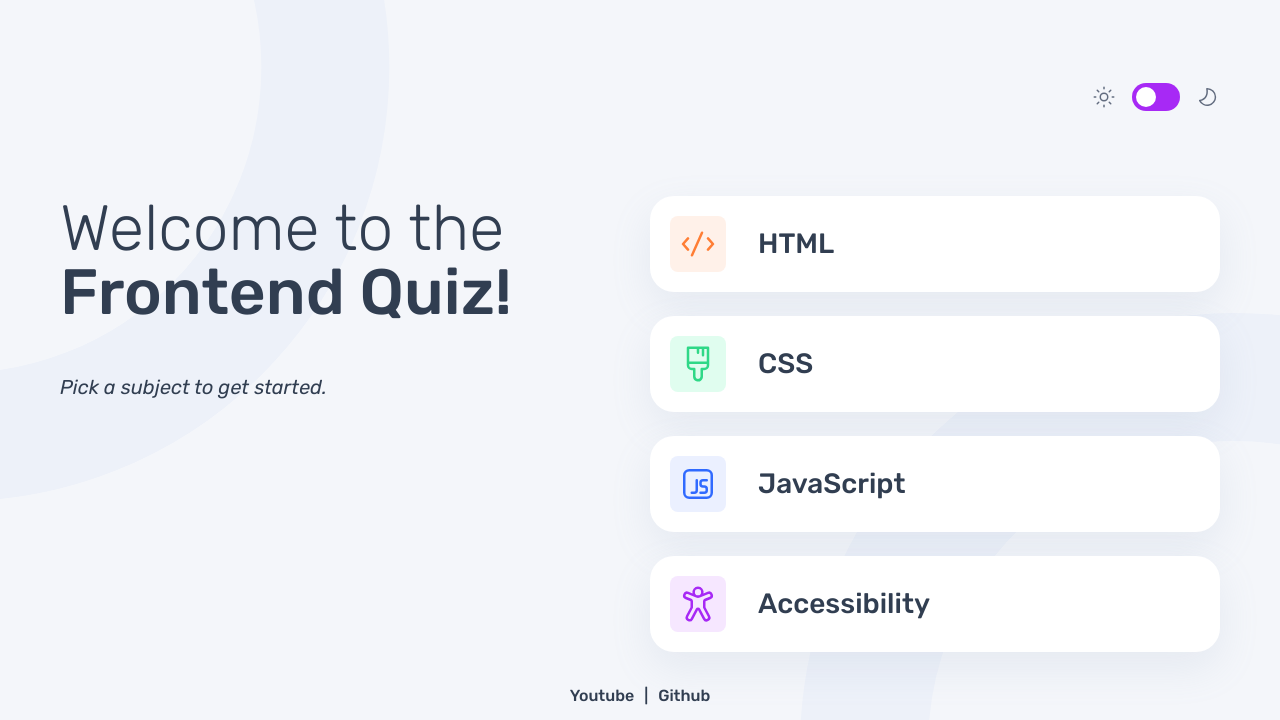
Repository: Temur-Sufiyanov/Quiz-App
Page: /
These files come from the project's save history. The page is drawn as it stood at one moment and after the next save; the edit follows.
The browser window is 1280 px wide. The pictures show the whole page.
The project was rebuilt for these pictures with package versions that can differ from the ones it lists, and the page was loaded fresh each time. Requests to the local data server were answered from the project's data file. Also part of the build but not shown: vite.config.js, src/components/Result.jsx, src/components/Test.jsx, src/pages/Quiz.jsx, src/pages/ErrorPage.jsx.

Above is the page before, as saved 2025-08-22 19:36:23.

After the next save:
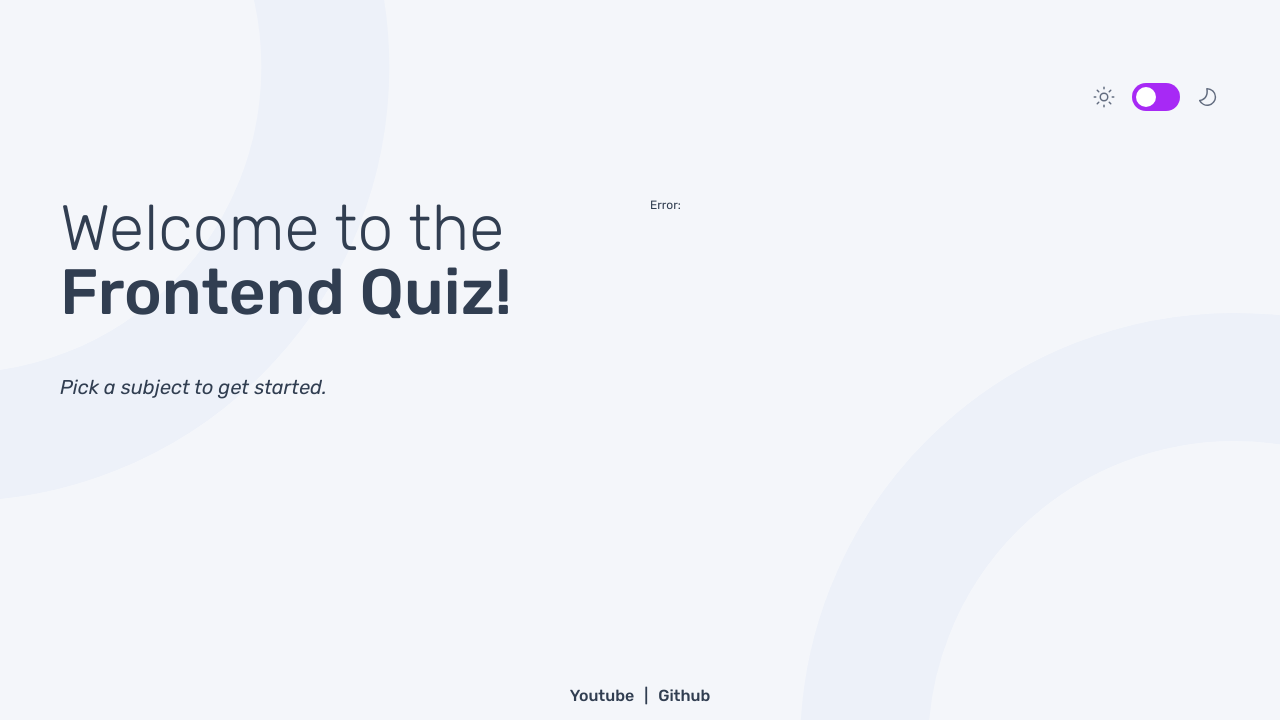
Not found: data/quizzes.json
Saved 2 min 49 s later.
--- a/src/components/MenuLinks.jsx
+++ b/src/components/MenuLinks.jsx
@@ -7,7 +7,7 @@
     isPending,
     error,
   } = useFetch(
-    "http://localhost:3000/quizzes?title"
+    "/data/quizzes.json"
   );
 
   console.log(isPending, error);

After the save that followed:
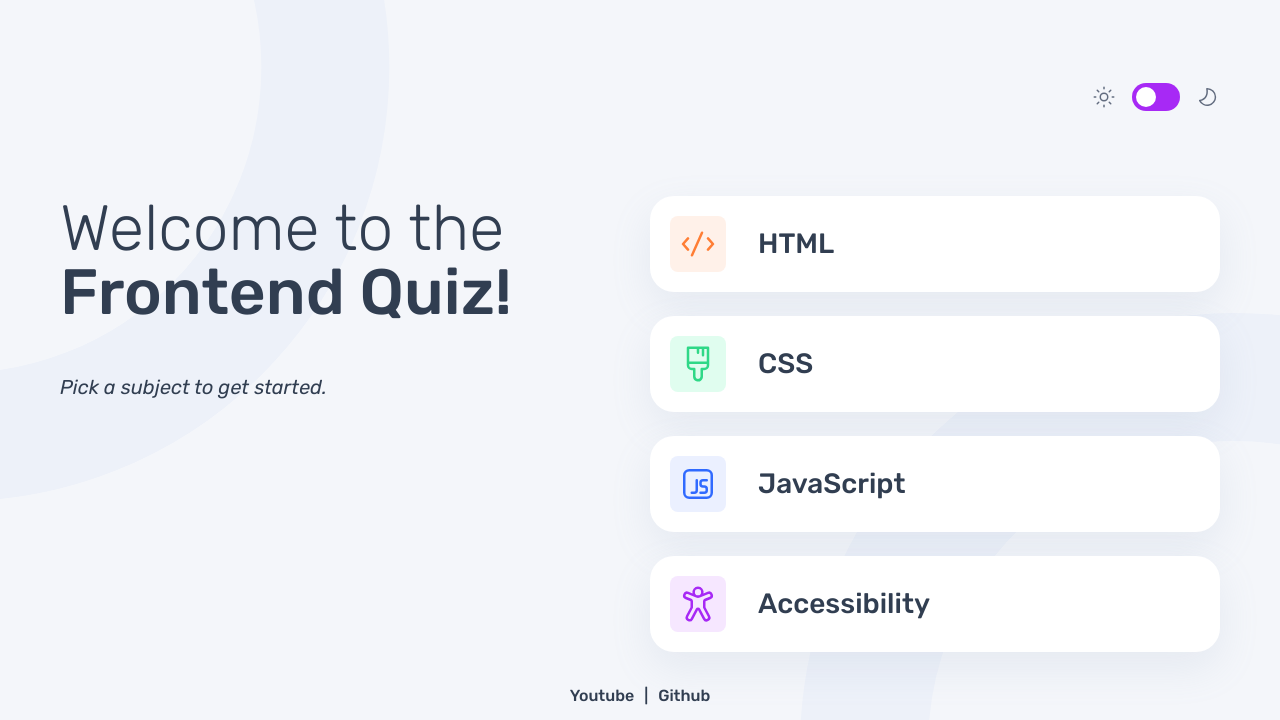
Saved 14 s later.
--- a/src/components/MenuLinks.jsx
+++ b/src/components/MenuLinks.jsx
@@ -7,7 +7,7 @@
     isPending,
     error,
   } = useFetch(
-    "/data/quizzes.json"
+    "http://localhost:3000/quizzes?title"
   );
 
   console.log(isPending, error);
